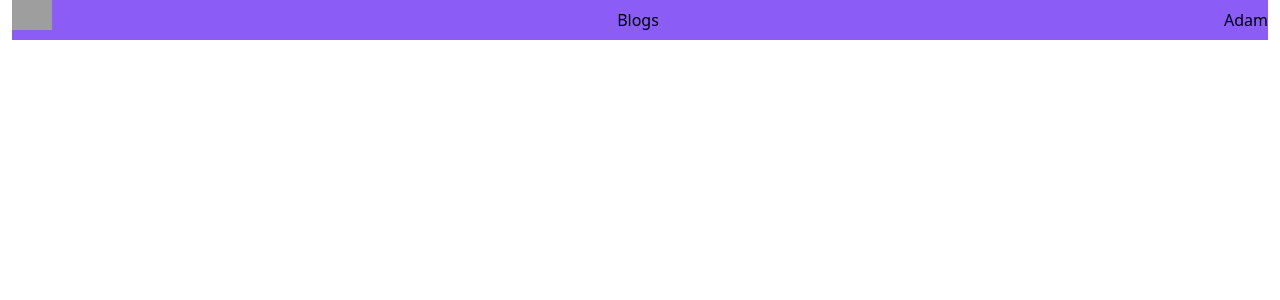
Repository: Lan-au-75/zv-app
Page: /
An editor plug-in stored every save of this project. The page is shown before and after the next save, followed by the edit.
The browser window is 1280 px wide. The pictures show the whole page.
Pictures or frames that could not be fetched are drawn as grey boxes. The project was rebuilt for these pictures with package versions that can differ from the ones it lists, and the page was loaded fresh each time. Also part of the build but not shown: vite.config.js.

Above is the page before, as saved 2023-12-13 10:45:32.

After the next save:
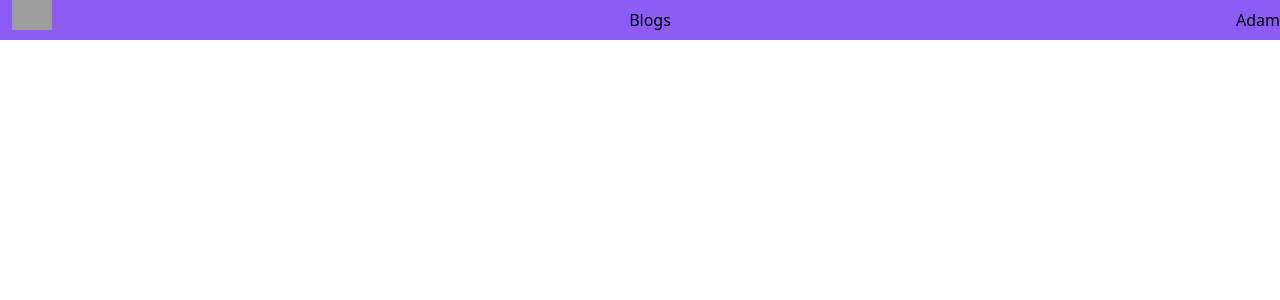
Saved 21 s later.
--- a/src/App.jsx
+++ b/src/App.jsx
@@ -1,8 +1,8 @@
 export default function App() {
     return (
         <header>
-            <div className='flex items-center justify-between mx-3 bg-violet-500'>
-                <div className='w-10 h-10 '>
+            <div className='flex items-center justify-between  bg-violet-500'>
+                <div className='w-10 h-10 mx-3'>
                     <img
                         src='https://cdn.pixabay.com/photo/2020/07/21/02/07/facebook-5424833_960_720.png'
                         alt='facebook'

After the save that followed:
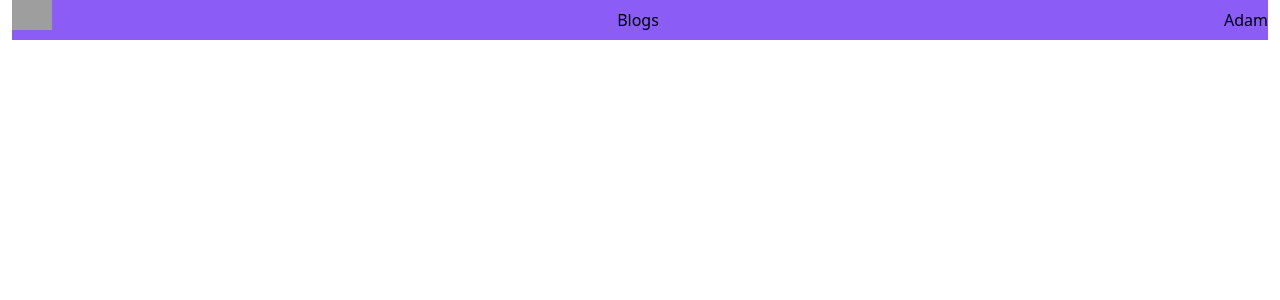
Saved 12 s later.
--- a/src/App.jsx
+++ b/src/App.jsx
@@ -1,8 +1,8 @@
 export default function App() {
     return (
         <header>
-            <div className='flex items-center justify-between  bg-violet-500'>
-                <div className='w-10 h-10 mx-3'>
+            <div className='flex items-center justify-between mx-3 bg-violet-500'>
+                <div className='w-10 h-10 '>
                     <img
                         src='https://cdn.pixabay.com/photo/2020/07/21/02/07/facebook-5424833_960_720.png'
                         alt='facebook'
